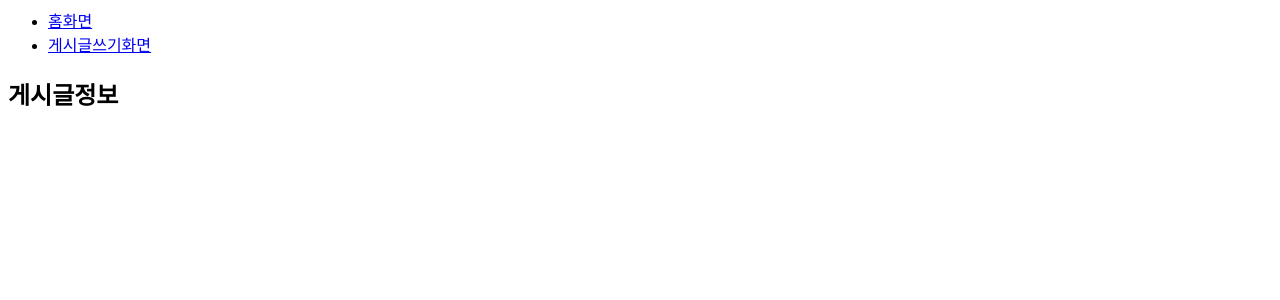
Repository: KimHyeonJun1/Study_Web302
Page: http://localhost/01.Servlet01/board/register
These files come from the project's save history. The page is drawn as it stood at one moment and after the next save; the edit follows.
The browser window is 1280 px wide. The pictures show the whole page.
The page is served by Tomcat 9. Other server files are loaded and not shown.

Above is the page before, as saved 2024-06-21 06:28:04.

### 01.Servlet01/src/main/java/board/BoardRegisterServlet.java
package board;

import java.io.IOException;
import java.io.PrintWriter;

import javax.servlet.ServletException;
import javax.servlet.annotation.WebServlet;
import javax.servlet.http.HttpServlet;
import javax.servlet.http.HttpServletRequest;
import javax.servlet.http.HttpServletResponse;



@WebServlet("/board/register")
public class BoardRegisterServlet extends HttpServlet {
	private static final long serialVersionUID = 1L;



	protected void doGet(HttpServletRequest request, HttpServletResponse response) throws ServletException, IOException {

		System.out.println("/board/register");

		//게시글쓰기 화면에서 입력한 정보로
		//응답화면 만들기
		//전달된 파라미터의 한글값이 깨지지 않도록 처리
		request.setCharacterEncoding("utf-8");
		String writer = request.getParameter("writer");
		String title = request.getParameter("title");
		String content = request.getParameter("content");

		response.setContentType("text/html; charset=utf-8;");
		PrintWriter out = response.getWriter();
		out.print("<html>");
		out.print("<body>");
		out.print("<ul>");
		out.print("<li><a href='../index.html'>홈화면</a></li>");
		out.print("<li><a href='register.html'>게시글쓰기화면</a></li>");


		out.print("</ul>");
		out.print("<h2>게시글정보</h2>");



		out.print("</body>");
		out.print("</html>");
	}

	protected void doPost(HttpServletRequest request, HttpServletResponse response) throws ServletException, IOException {
		// TODO Auto-generated method stub
		doGet(request, response);
	}

}

After the next save:
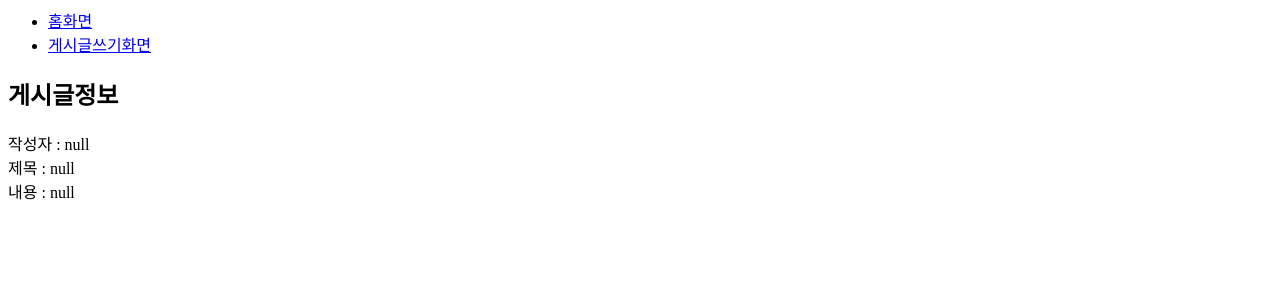
Saved 94 s later.
--- a/01.Servlet01/src/main/java/board/BoardRegisterServlet.java
+++ b/01.Servlet01/src/main/java/board/BoardRegisterServlet.java
@@ -40,7 +40,9 @@ public class BoardRegisterServlet extends HttpServlet {
 
 		out.print("</ul>");
 		out.print("<h2>게시글정보</h2>");
-
+		out.printf("<div>작성자 : %s</div>", writer);
+		out.printf("<div>제목 : %s</div>", title);
+		out.printf("<div>내용 : %s</div>", content);
 
 
 		out.print("</body>");
